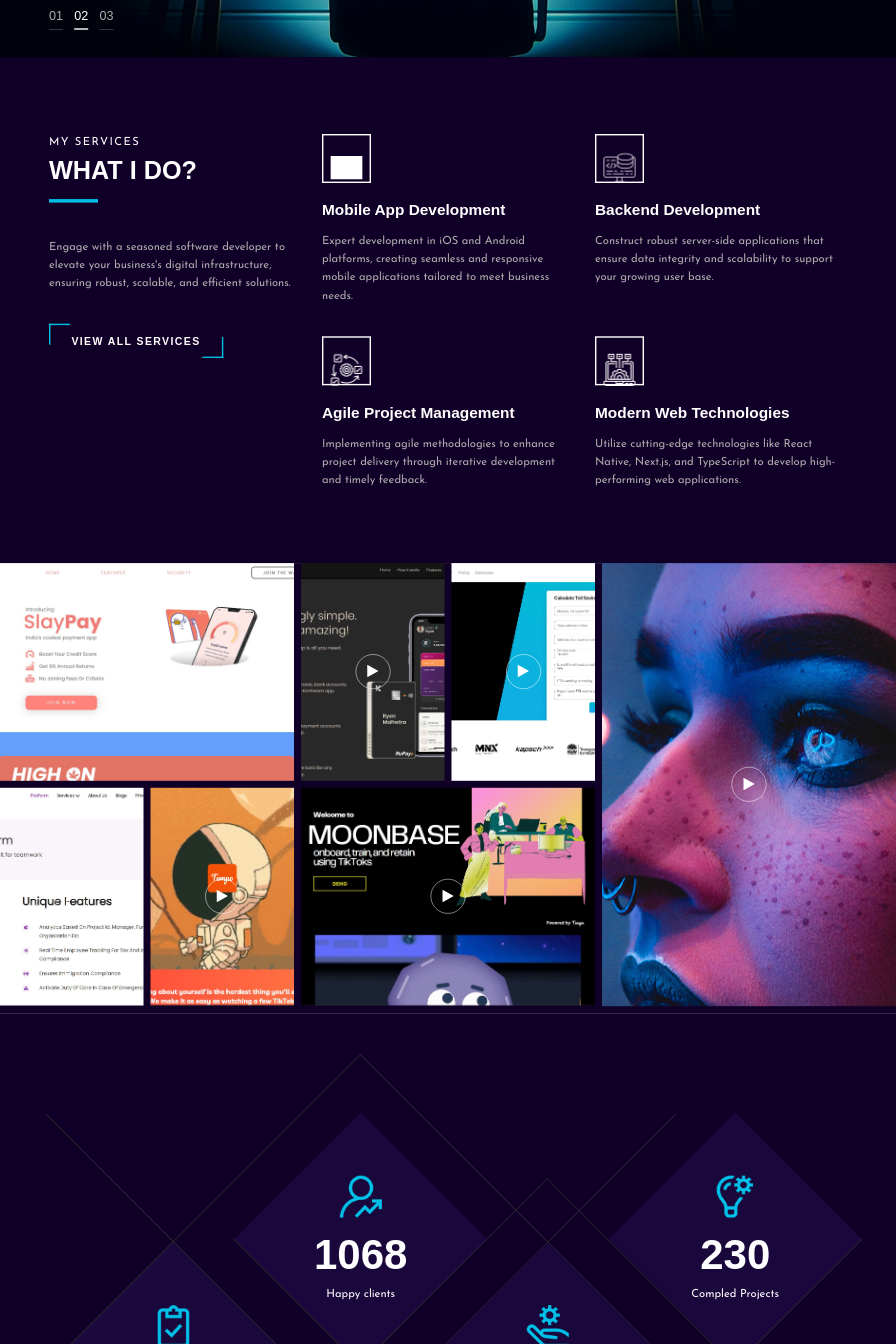
Repository: codexshot/himanshu-portfolio.io
Page: index.html
The author's editor kept a copy of each file at every save. The page is drawn from the files as they stood at one save, then again after a run of saves.
The browser window is 1280 px wide. The pictures show the part of the page from y = 618 to 2538 px (the page is 4169 px tall), at 70% of full size.
Pictures or frames that could not be fetched are drawn as grey boxes. Some web fonts or font styles are not loaded; a fallback is used.

Above is the page before, as saved 2024-07-31 00:49:04.

After the next 3 saves:
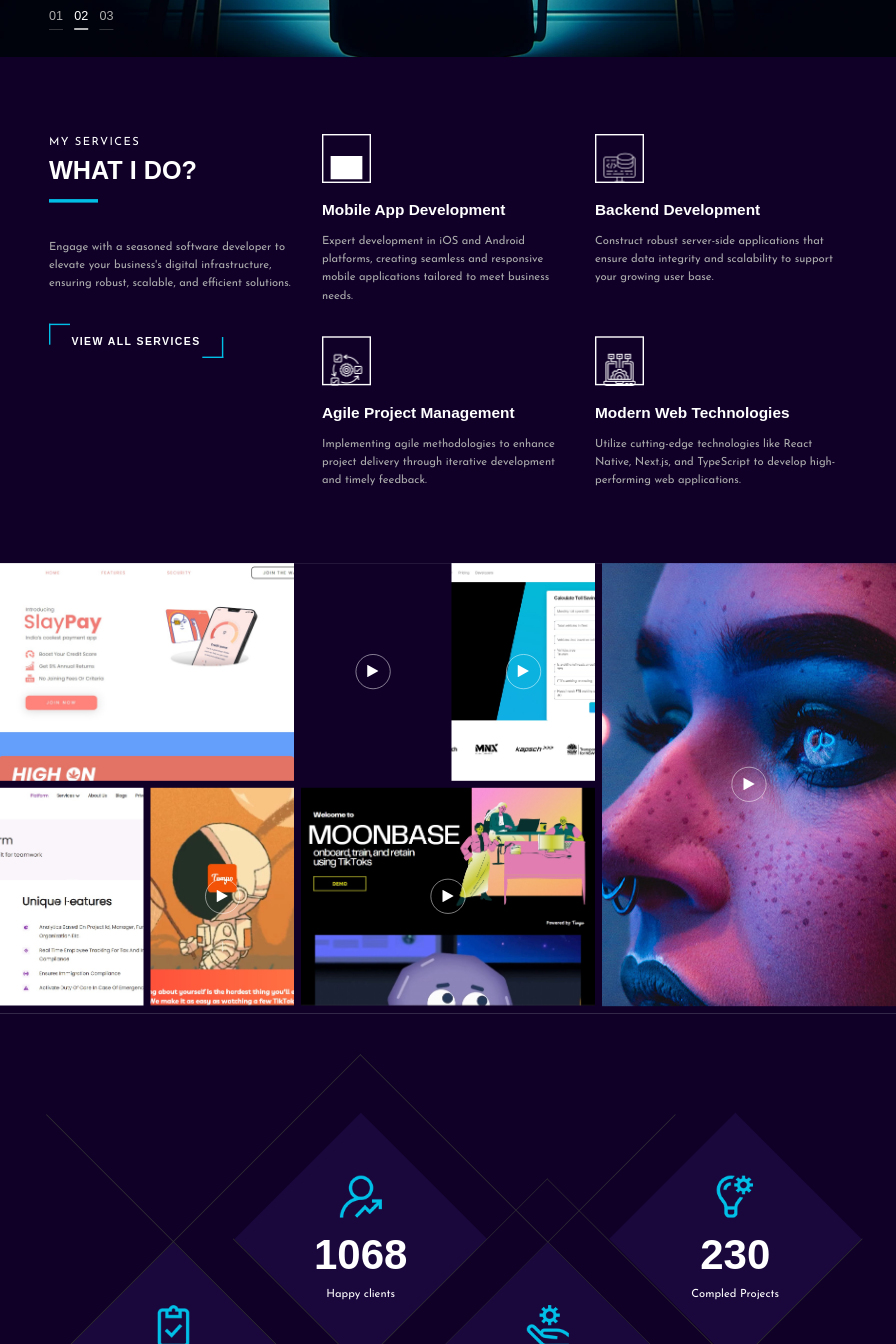
Not found: img/work/kashware
The 3 saves are shown as one change because they came seconds apart.
The last was saved 2 min 36 s later.
--- a/index.html
+++ b/index.html
@@ -191,7 +191,7 @@
                 </div>
             </a>
             </div>
-            <div class="work__item small__item set-bg" data-setbg="img/work/work-2.jpg">
+            <div class="work__item small__item set-bg" data-setbg="img/work/kashware">
                 <a href="https://www.youtube.com/watch?v=LXb3EKWsInQ" class="play-btn video-popup"><i
                         class="fa fa-play"></i></a>
             </div>
